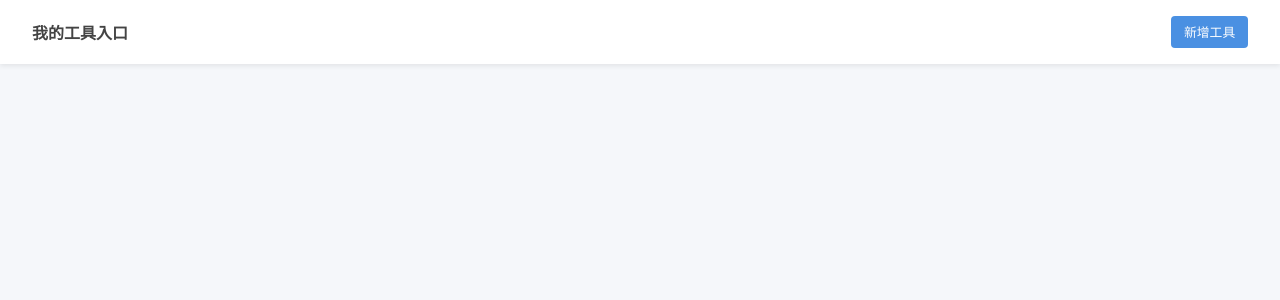
Repository: Harry985991/bmcvibecoding
Page: personal_tool_portal.html
An editor plug-in stored every save of this project. The page is shown before and after the next save, followed by the edit.
The browser window is 1280 px wide. The pictures show the whole page.

Above is the page before, as saved 2025-08-22 16:54:20.

### personal_tool_portal.html
<!DOCTYPE html>
<html lang="zh-Hant">
<head>
  <meta charset="UTF-8">
  <meta name="viewport" content="width=device-width, initial-scale=1.0">
  <title>個人工具入口</title>
  <style>
    body {
      font-family: 'Segoe UI', 'Noto Sans TC', sans-serif;
      background-color: #f5f7fa;
      color: #333;
      margin: 0;
      padding: 0;
    }

    header {
      background-color: #ffffff;
      padding: 1rem 2rem;
      box-shadow: 0 2px 5px rgba(0,0,0,0.08);
      display: flex;
      justify-content: space-between;
      align-items: center;
    }

    header h1 {
      font-size: 1rem;
      margin: 0;
      color: #444;
    }

    button {
      padding: 0.4rem 0.8rem;
      font-size: 0.8rem;
      border: none;
      border-radius: 4px;
      cursor: pointer;
      background-color: #4a90e2;
      color: #fff;
      transition: background 0.2s ease-in-out;
    }

    button:hover {
      background-color: #357abd;
    }

    main {
      padding: 2rem;
      display: grid;
      grid-template-columns: repeat(auto-fill, minmax(260px, 1fr));
      gap: 1rem;
    }

    .card {
      background-color: #fff;
      border-radius: 8px;
      padding: 1rem;
      box-shadow: 0 1px 4px rgba(0,0,0,0.1);
      display: flex;
      flex-direction: column;
      justify-content: space-between;
    }

    .card h3 {
      margin: 0 0 0.5rem 0;
      font-size: 0.95rem;
      color: #222;
    }

    .card p {
      font-size: 0.8rem;
      color: #666;
      flex-grow: 1;
    }

    .card a {
      font-size: 0.8rem;
      text-decoration: none;
      color: #4a90e2;
      word-break: break-all;
    }

    .card-actions {
      margin-top: 0.5rem;
      display: flex;
      justify-content: flex-end;
      gap: 0.5rem;
    }

    /* Modal */
    .modal {
      position: fixed;
      top: 0; left: 0; right: 0; bottom: 0;
      background: rgba(0,0,0,0.5);
      display: none;
      justify-content: center;
      align-items: center;
    }

    .modal-content {
      background: #fff;
      padding: 1rem;
      border-radius: 6px;
      width: 320px;
      box-shadow: 0 2px 8px rgba(0,0,0,0.2);
    }

    .modal-content h2 {
      font-size: 1rem;
      margin-top: 0;
    }

    .modal-content label {
      font-size: 0.75rem;
      display: block;
      margin-top: 0.5rem;
      color: #333;
    }

    .modal-content input, .modal-content textarea {
      width: 100%;
      padding: 0.4rem;
      font-size: 0.8rem;
      margin-top: 0.3rem;
      border: 1px solid #ccc;
      border-radius: 4px;
    }

    .modal-actions {
      margin-top: 1rem;
      display: flex;
      justify-content: flex-end;
      gap: 0.5rem;
    }
  </style>
</head>
<body>
  <header>
    <h1>我的工具入口</h1>
    <button onclick="openModal()">新增工具</button>
  </header>

  <main id="toolContainer"></main>

  <!-- Modal -->
  <div class="modal" id="toolModal">
    <div class="modal-content">
      <h2 id="modalTitle">新增工具</h2>
      <label>工具名稱</label>
      <input type="text" id="toolName">
      <label>簡介</label>
      <textarea id="toolDesc" rows="3"></textarea>
      <label>連結 (可使用相對路徑，例如 AIAROKR.html 或 ./subfolder/tool.html)</label>
      <input type="text" id="toolLink" placeholder="例：AIAROKR.html 或 ./subfolder/tool.html">

      <div class="modal-actions">
        <button onclick="closeModal()">取消</button>
        <button onclick="saveTool()">儲存</button>
      </div>
    </div>
  </div>

  <script>
  const STORAGE_KEY = 'personal_tools_v1';

  // 安全讀取 localStorage
  let tools = [];
  try {
    const raw = localStorage.getItem(STORAGE_KEY);
    tools = raw ? JSON.parse(raw) : [];
    if (!Array.isArray(tools)) tools = [];
  } catch (e) {
    console.warn('localStorage parse error, resetting tools', e);
    tools = [];
  }

  let editIndex = null;
  const container = document.getElementById('toolContainer');
  const modal = document.getElementById('toolModal');
  const nameInput = document.getElementById('toolName');
  const descInput = document.getElementById('toolDesc');
  const linkInput = document.getElementById('toolLink');
  const modalTitle = document.getElementById('modalTitle');
  let lastFocusedElement = null;

  // 改用安全的 DOM 操作，避免 innerHTML XSS
  function renderTools() {
    container.innerHTML = '';
    tools.forEach((tool, index) => {
      const card = document.createElement('div');
      card.className = 'card';

      const h3 = document.createElement('h3');
      h3.textContent = tool.name || '';

      const p = document.createElement('p');
      p.textContent = tool.desc || '';

      const a = document.createElement('a');
      const href = (tool.link || '').trim() || '#';
      a.href = href;
      a.target = '_blank';
      a.rel = 'noopener noreferrer';
      a.textContent = '前往工具';

      const actions = document.createElement('div');
      actions.className = 'card-actions';

      const editBtn = document.createElement('button');
      editBtn.type = 'button';
      editBtn.textContent = '編輯';
      editBtn.addEventListener('click', () => editTool(index));

      const delBtn = document.createElement('button');
      delBtn.type = 'button';
      delBtn.textContent = '刪除';
      delBtn.addEventListener('click', () => deleteTool(index));

      actions.appendChild(editBtn);
      actions.appendChild(delBtn);

      card.appendChild(h3);
      card.appendChild(p);
      card.appendChild(a);
      card.appendChild(actions);

      container.appendChild(card);
    });
  }

  // Modal accessibility: add ARIA attributes in DOM (ensure modal element in HTML has id="toolModal")
  modal.setAttribute('role', 'dialog');
  modal.setAttribute('aria-modal', 'true');
  modal.setAttribute('aria-hidden', 'true');

  function openModal(editIdx = null) {
    lastFocusedElement = document.activeElement;
    modal.style.display = 'flex';
    modal.setAttribute('aria-hidden', 'false');
    editIndex = editIdx;
    if (editIndex !== null) {
      modalTitle.textContent = '編輯工具';
      nameInput.value = tools[editIndex].name || '';
      descInput.value = tools[editIndex].desc || '';
      linkInput.value = tools[editIndex].link || '';
    } else {
      modalTitle.textContent = '新增工具';
      nameInput.value = '';
      descInput.value = '';
      linkInput.value = '';
    }
    // focus first input
    nameInput.focus();
    // simple focus trap: listen for Tab and keep within modal
    document.addEventListener('focus', enforceFocus, true);
  }

  function closeModal() {
    modal.style.display = 'none';
    modal.setAttribute('aria-hidden', 'true');
    document.removeEventListener('focus', enforceFocus, true);
    if (lastFocusedElement && typeof lastFocusedElement.focus === 'function') {
      lastFocusedElement.focus();
    }
  }

  function enforceFocus(e) {
    if (!modal.contains(e.target)) {
      e.stopPropagation();
      modal.focus();
    }
  }

  function validateLink(raw) {
    const s = (raw || '').trim();
    if (!s) return '';
    // allow relative and absolute URLs; simple validation
    return s;
  }

  function saveTool() {
    const newTool = {
      name: nameInput.value.trim(),
      desc: descInput.value.trim(),
      link: validateLink(linkInput.value)
    };
    if (!newTool.name) {
      alert('請輸入工具名稱'); // 簡單驗證
      nameInput.focus();
      return;
    }
    if (editIndex !== null) {
      tools[editIndex] = newTool;
    } else {
      tools.push(newTool);
    }
    try {
      localStorage.setItem(STORAGE_KEY, JSON.stringify(tools));
    } catch (e) {
      console.warn('localStorage write failed', e);
    }
    renderTools();
    closeModal();
  }

  function editTool(index) {
    openModal(index);
  }

  function deleteTool(index) {
    if (confirm('確定刪除這個工具嗎？')) {
      tools.splice(index, 1);
      try {
        localStorage.setItem(STORAGE_KEY, JSON.stringify(tools));
      } catch (e) { console.warn(e); }
      renderTools();
    }
  }

  // wire up header button and modal buttons (remove inline onclick dependency)
  document.querySelector('header button').addEventListener('click', () => openModal(null));
  document.querySelector('.modal-actions button:nth-child(1)').addEventListener('click', closeModal);
  document.querySelector('.modal-actions button:nth-child(2)').addEventListener('click', saveTool);

  // keyboard: Esc to close modal
  document.addEventListener('keydown', (e) => {
    if (e.key === 'Escape' && modal.style.display === 'flex') closeModal();
  });

  // close when clicking backdrop
  modal.addEventListener('click', (e) => {
    if (e.target === modal) closeModal();
  });

  // initial render
  renderTools();
  </script>
</body>
</html>

After the next save:
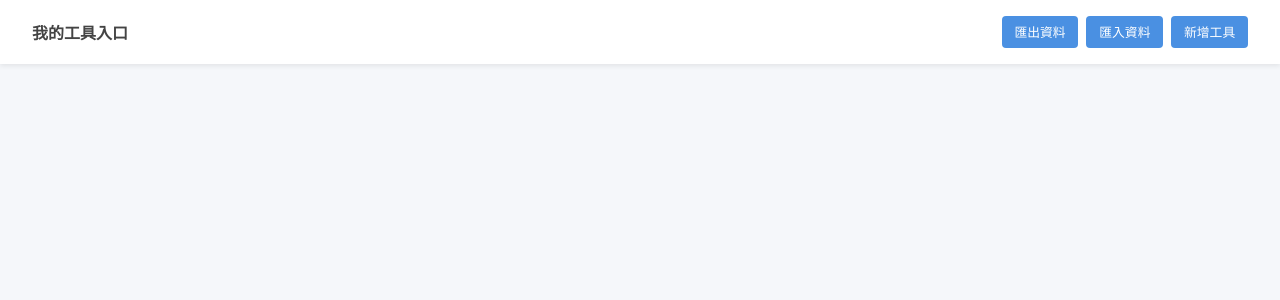
Saved 6 min 49 s later.
--- a/personal_tool_portal.html
+++ b/personal_tool_portal.html
@@ -136,7 +136,11 @@
 <body>
   <header>
     <h1>我的工具入口</h1>
-    <button onclick="openModal()">新增工具</button>
+    <div style="display:flex; gap:8px;">
+      <button id="exportBtn">匯出資料</button>
+      <button id="importBtn">匯入資料</button>
+      <button onclick="openModal()">新增工具</button>
+    </div>
   </header>
 
   <main id="toolContainer"></main>
@@ -316,10 +320,59 @@
     }
   }
 
+  // 下載 JSON 檔匯出
+  function exportData() {
+    try {
+      const payload = JSON.stringify(tools, null, 2);
+      const blob = new Blob([payload], { type: 'application/json' });
+      const url = URL.createObjectURL(blob);
+      const a = document.createElement('a');
+      a.href = url;
+      a.download = 'personal_tools.json';
+      document.body.appendChild(a);
+      a.click();
+      a.remove();
+      URL.revokeObjectURL(url);
+    } catch (e) {
+      console.error('匯出失敗', e);
+      alert('匯出失敗');
+    }
+  }
+
+  // 建立隱藏 input 讀取檔案並匯入
+  function importDataFile() {
+    const inp = document.createElement('input');
+    inp.type = 'file';
+    inp.accept = '.json,application/json';
+    inp.addEventListener('change', (ev) => {
+      const f = ev.target.files[0];
+      if (!f) return;
+      const reader = new FileReader();
+      reader.onload = () => {
+        try {
+          const parsed = JSON.parse(reader.result);
+          if (!Array.isArray(parsed)) throw new Error('格式錯誤：不是陣列');
+          // 可加更嚴謹的 schema 檢查
+          tools = parsed;
+          localStorage.setItem(STORAGE_KEY, JSON.stringify(tools));
+          renderTools();
+          alert('匯入完成');
+        } catch (err) {
+          console.error('匯入失敗', err);
+          alert('匯入失敗：檔案格式不正確');
+        }
+      };
+      reader.readAsText(f, 'utf-8');
+    });
+    inp.click();
+  }
+
   // wire up header button and modal buttons (remove inline onclick dependency)
   document.querySelector('header button').addEventListener('click', () => openModal(null));
   document.querySelector('.modal-actions button:nth-child(1)').addEventListener('click', closeModal);
   document.querySelector('.modal-actions button:nth-child(2)').addEventListener('click', saveTool);
+  document.getElementById('exportBtn').addEventListener('click', exportData);
+  document.getElementById('importBtn').addEventListener('click', importDataFile);
 
   // keyboard: Esc to close modal
   document.addEventListener('keydown', (e) => {
